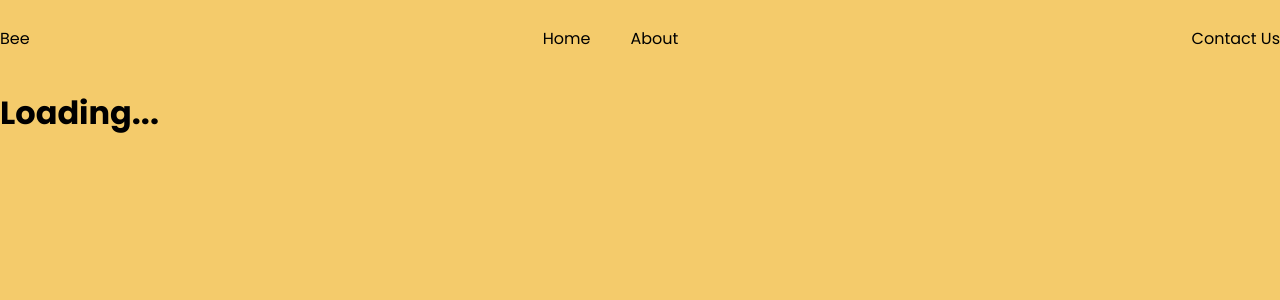
Repository: ble-syn/Random-user-generator-app
Page: /
The author's editor kept a copy of each file at every save. The page is drawn from the files as they stood at one save, then again after the next save.
The browser window is 1280 px wide. The pictures show the whole page.
The page's requests for data from a server got no answer. The project was rebuilt for these pictures with package versions that can differ from the ones it lists, and the page was loaded fresh each time. No one was signed in, and anything a server would have sent is missing. Also part of the build but not shown: src/components/pagination.jsx, src/components/ErrorFallback.jsx, src/components/User.jsx, src/pages/About.jsx, src/pages/Policy.jsx, src/pages/Terms.jsx, src/pages/Contact.jsx, src/pages/NotFound.jsx.

Above is the page before, as saved 2022-10-28 17:45:49.

After the next save:
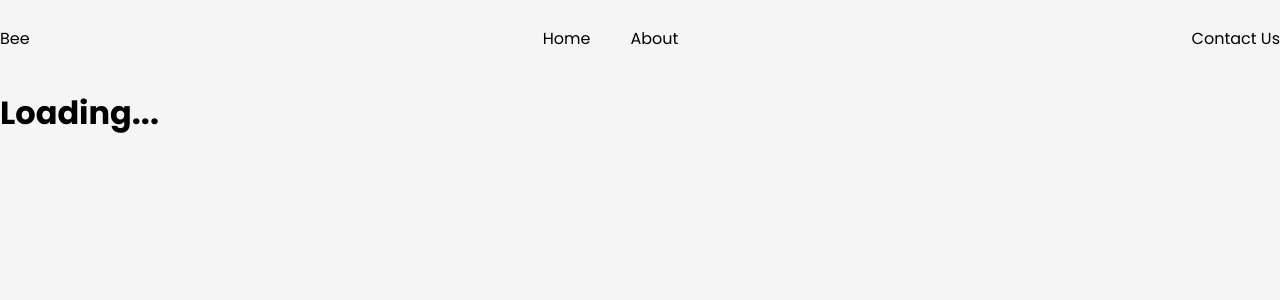
Saved 29 s later.
--- a/src/index.css
+++ b/src/index.css
@@ -10,7 +10,7 @@
 }
 
 body {
-  background-color: #F4CB6B;
+  background-color: #f5f5f5;
   font-family: "Poppins", sans-serif;
 }
 .container {

After the save that followed:
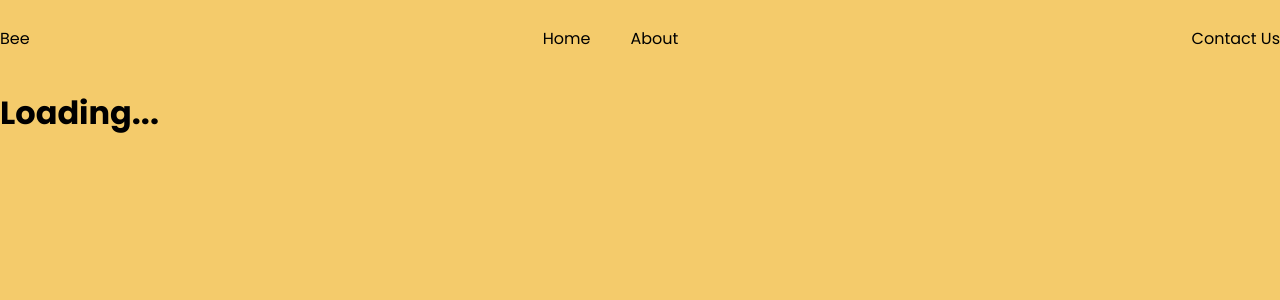
Saved 28 s later.
--- a/src/index.css
+++ b/src/index.css
@@ -10,7 +10,7 @@
 }
 
 body {
-  background-color: #f5f5f5;
+  background-color: #F4CB6B;
   font-family: "Poppins", sans-serif;
 }
 .container {
